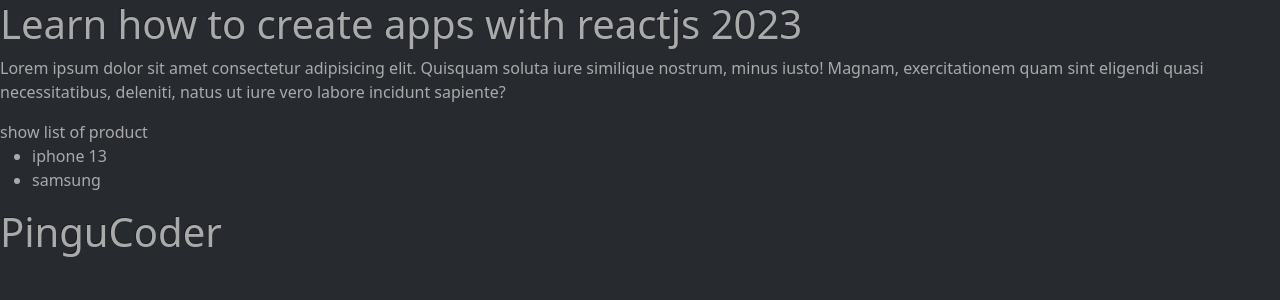
Repository: chanwarichawki/React-BC
Page: /
An editor plug-in stored every save of this project. The page is shown before and after the next save, followed by the edit.
The browser window is 1280 px wide. The pictures show the whole page.
Some web libraries are served in a nearby version. The project was rebuilt for these pictures with package versions that can differ from the ones it lists, and the page was loaded fresh each time. Also part of the build but not shown: vite.config.js.

Above is the page before, as saved 2024-01-15 14:18:03.

After the next save:
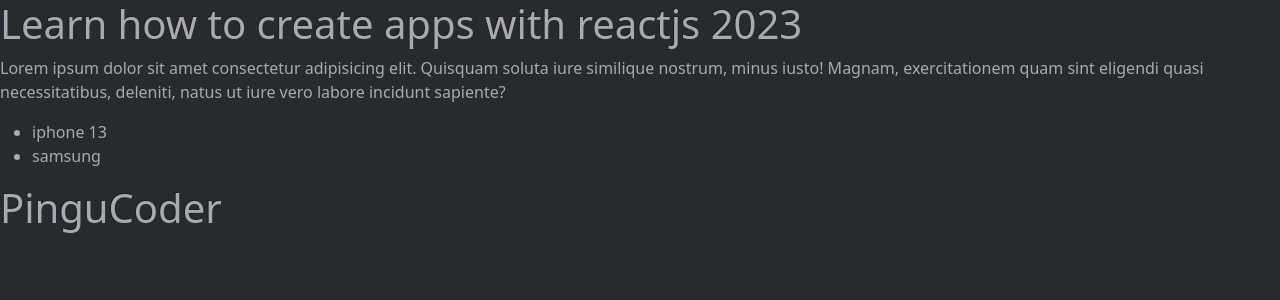
Saved 2 min 49 s later.
--- a/src/components/Products.jsx
+++ b/src/components/Products.jsx
@@ -20,7 +20,7 @@
       <h1>{title}</h1>
       <p>Lorem ipsum dolor sit amet consectetur adipisicing elit. Quisquam soluta iure similique nostrum, minus iusto! Magnam, exercitationem quam sint eligendi quasi necessitatibus, deleniti, natus ut iure vero labore incidunt sapiente?</p>
 
-      {showList ? "show list of product" : "none"}
+      {/* {showList ? "show list of product" : "none"} */}
       <ul>
         {products.map((product, index) => (
           <li key={index}>{product.label}</li>

After the 3 saves that followed:
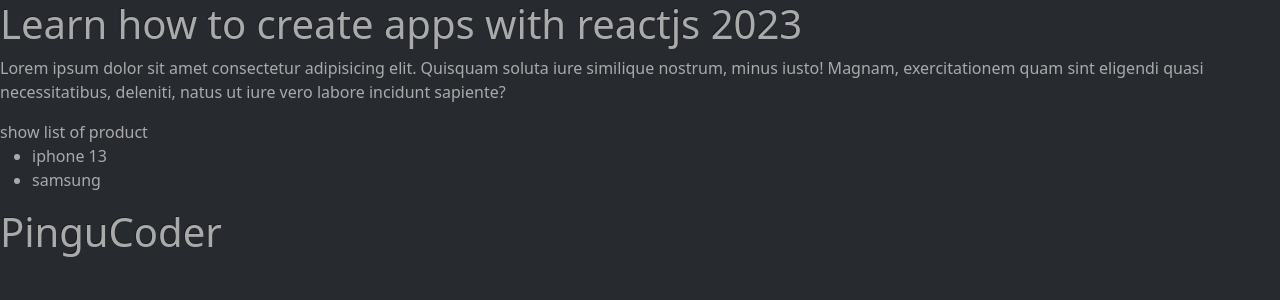
The 3 saves are shown as one change because 1 left the picture as it was and some came seconds apart.
The last was saved 14 s later.
--- a/src/components/Products.jsx
+++ b/src/components/Products.jsx
@@ -20,7 +20,7 @@
       <h1>{title}</h1>
       <p>Lorem ipsum dolor sit amet consectetur adipisicing elit. Quisquam soluta iure similique nostrum, minus iusto! Magnam, exercitationem quam sint eligendi quasi necessitatibus, deleniti, natus ut iure vero labore incidunt sapiente?</p>
 
-      {/* {showList ? "show list of product" : "none"} */}
+      {showList ? "show list of product" : "none"}
       <ul>
         {products.map((product, index) => (
           <li key={index}>{product.label}</li>
